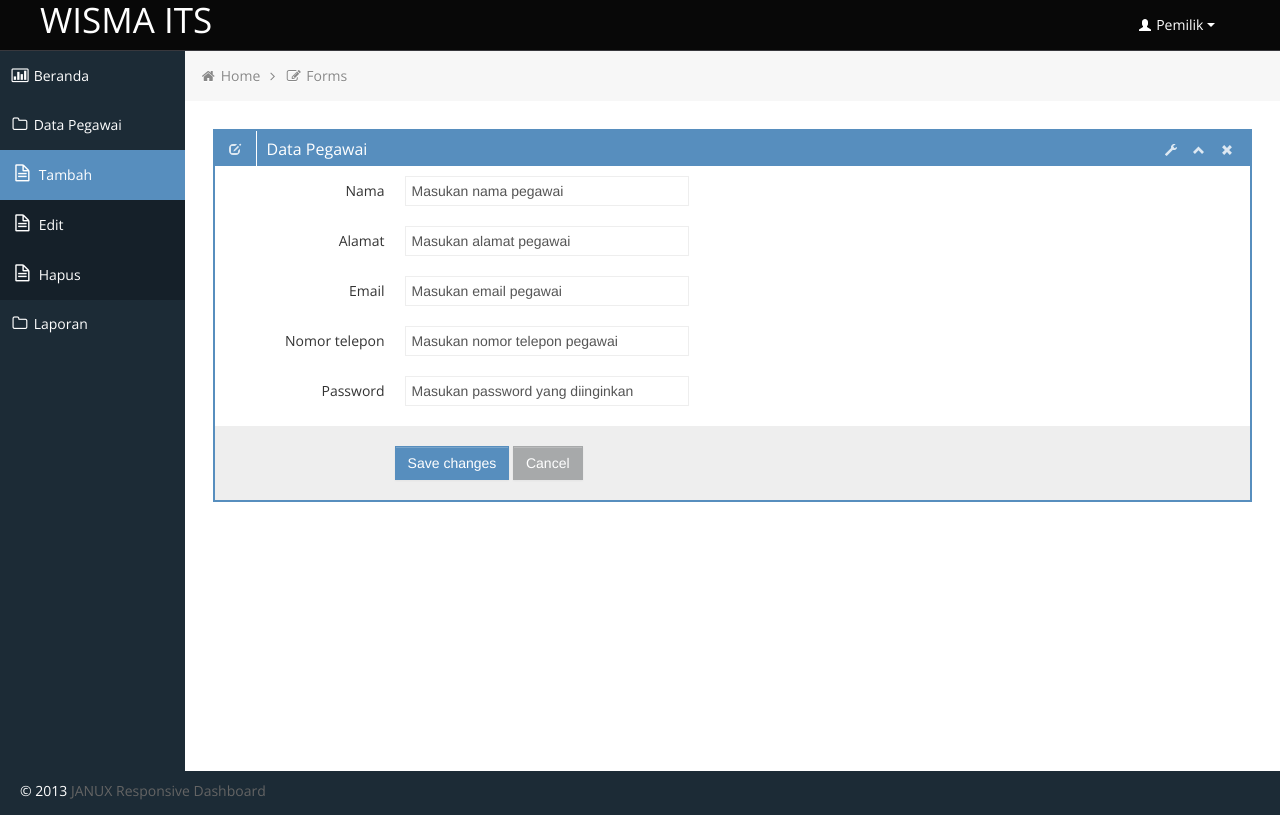
Repository: yohanadps/Wisma
Page: tambahpegawai.html
The author's editor kept a record of every edit. The page is drawn from the files as they stood at one moment, then again after the next edit.
The browser window is 1280 px wide. The pictures show the whole page.

Above is the page before.

### tambahpegawai.html
<!DOCTYPE html>
<html lang="en">
<head>

	<!-- start: Meta -->
	<meta charset="utf-8">
	<title>Bootstrap Metro Dashboard by Dennis Ji for ARM demo</title>
	<meta name="description" content="Bootstrap Metro Dashboard">
	<meta name="author" content="Dennis Ji">
	<meta name="keyword" content="Metro, Metro UI, Dashboard, Bootstrap, Admin, Template, Theme, Responsive, Fluid, Retina">
	<!-- end: Meta -->

	<!-- start: Mobile Specific -->
	<meta name="viewport" content="width=device-width, initial-scale=1">
	<!-- end: Mobile Specific -->

	<!-- start: CSS -->
	<link id="bootstrap-style" href="css/bootstrap.min.css" rel="stylesheet">
	<link href="css/bootstrap-responsive.min.css" rel="stylesheet">
	<link id="base-style" href="css/style.css" rel="stylesheet">
	<link id="base-style-responsive" href="css/style-responsive.css" rel="stylesheet">
	<link href='http://fonts.googleapis.com/css?family=Open+Sans:300italic,400italic,600italic,700italic,800italic,400,300,600,700,800&subset=latin,cyrillic-ext,latin-ext' rel='stylesheet' type='text/css'>
	<!-- end: CSS -->


	<!-- The HTML5 shim, for IE6-8 support of HTML5 elements -->
	<!--[if lt IE 9]>
	  	<script src="http://html5shim.googlecode.com/svn/trunk/html5.js"></script>
		<link id="ie-style" href="css/ie.css" rel="stylesheet">
	<![endif]-->

	<!--[if IE 9]>
		<link id="ie9style" href="css/ie9.css" rel="stylesheet">
	<![endif]-->

	<!-- start: Favicon -->
	<link rel="shortcut icon" href="img/favicon.ico">
	<!-- end: Favicon -->




</head>

<body>
		<!-- start: Header -->
	<div class="navbar">
		<div class="navbar-inner">
			<div class="container-fluid">
				<a class="btn btn-navbar" data-toggle="collapse" data-target=".top-nav.nav-collapse,.sidebar-nav.nav-collapse">
					<span class="icon-bar"></span>
					<span class="icon-bar"></span>
					<span class="icon-bar"></span>
				</a>
				<a class="brand" href="index.html"><span>WISMA ITS</span></a>

				<!-- start: Header Menu -->
				<div class="nav-no-collapse header-nav">
					<ul class="nav pull-right">
						<li class="dropdown">
							<a class="btn dropdown-toggle" data-toggle="dropdown" href="#">
								<i class="halflings-icon white user"></i> Pemilik
								<span class="caret"></span>
							</a>
							<ul class="dropdown-menu">
								<li class="dropdown-menu-title">
 									<span>Pengaturan Akun</span>
								</li>
								<li><a href="#"><i class="halflings-icon user"></i> Profil</a></li>
								<li><a href="login.html"><i class="halflings-icon off"></i> Keluar</a></li>
							</ul>
						</li>
						<!-- end: User Dropdown -->
					</ul>
				</div>
				<!-- end: Header Menu -->

			</div>
		</div>
	</div>
	<!-- start: Header -->

		<div class="container-fluid-full">
		<div class="row-fluid">

			<!-- start: Main Menu -->
			<div id="sidebar-left" class="span2">
				<div class="nav-collapse sidebar-nav">
					<ul class="nav nav-tabs nav-stacked main-menu">
						<li><a href="berandapemilik.html"><i class="icon-bar-chart"></i><span class="hidden-tablet"> Beranda</span></a></li>
						<li>
							<a class="dropmenu" href="#"><i class="icon-folder-close-alt"></i><span class="hidden-tablet"> Data Pegawai</span></a>
							<ul>
								<li><a class="submenu" href="tambahpegawai.html"><i class="icon-file-alt"></i><span class="hidden-tablet"> Tambah</span></a></li>
								<li><a class="submenu" href="editpegawai.html"><i class="icon-file-alt"></i><span class="hidden-tablet"> Edit</span></a></li>
								<li><a class="submenu" href="hapuspegawai.html"><i class="icon-file-alt"></i><span class="hidden-tablet"> Hapus</span></a></li>
							</ul>
						</li>
						<li>
							<a class="dropmenu" href="#"><i class="icon-folder-close-alt"></i><span class="hidden-tablet"> Laporan</span></a>
							<ul>
								<li><a class="submenu" href="pemasukan.html"><i class="icon-file-alt"></i><span class="hidden-tablet"> Pemasukan Wisma</span></a></li>
								<li><a class="submenu" href="kondisiproperti.html"><i class="icon-file-alt"></i><span class="hidden-tablet"> Kondisi Properti</span></a></li>
								<li><a class="submenu" href="daftarpenyewa.html"><i class="icon-file-alt"></i><span class="hidden-tablet"> Daftar Penyewa</span></a></li>
							</ul>
						</li>
					</ul>
				</div>
			</div>
			<!-- end: Main Menu -->

			<noscript>
				<div class="alert alert-block span10">
					<h4 class="alert-heading">Warning!</h4>
					<p>You need to have <a href="http://en.wikipedia.org/wiki/JavaScript" target="_blank">JavaScript</a> enabled to use this site.</p>
				</div>
			</noscript>

			<!-- start: Content -->
			<div id="content" class="span10">


			<ul class="breadcrumb">
				<li>
					<i class="icon-home"></i>
					<a href="index.html">Home</a>
					<i class="icon-angle-right"></i>
				</li>
				<li>
					<i class="icon-edit"></i>
					<a href="#">Forms</a>
				</li>
			</ul>

			<div class="row-fluid sortable">
				<div class="box span12">
					<div class="box-header" data-original-title>
						<h2><i class="halflings-icon white edit"></i><span class="break"></span>Data Pegawai</h2>
						<div class="box-icon">
							<a href="#" class="btn-setting"><i class="halflings-icon white wrench"></i></a>
							<a href="#" class="btn-minimize"><i class="halflings-icon white chevron-up"></i></a>
							<a href="#" class="btn-close"><i class="halflings-icon white remove"></i></a>
						</div>
					</div>
					<div class="box-content">
						<form class="form-horizontal">
							<fieldset>
							  <div class="control-group">
								<label class="control-label" for="focusedInput">Nama</label>
								<div class="controls">
								  <input class="input-xlarge focused" id="focusedInput" type="text" value="Masukan nama pegawai">
								</div>
							  </div>
							  <div class="control-group">
								<label class="control-label" for="focusedInput">Alamat</label>
								<div class="controls">
								  <input class="input-xlarge focused" id="focusedInput" type="text" value="Masukan alamat pegawai">
								</div>
							  </div>
							  <div class="control-group">
								<label class="control-label" for="focusedInput">Email</label>
								<div class="controls">
								  <input class="input-xlarge focused" id="focusedInput" type="email" value="Masukan email pegawai">
								</div>
							  </div>
							  <div class="control-group">
								<label class="control-label" for="focusedInput">Nomor telepon</label>
								<div class="controls">
								  <input class="input-xlarge focused" id="focusedInput" type="text" value="Masukan nomor telepon pegawai">
								</div>
							  </div>
							  <div class="control-group">
								<label class="control-label" for="focusedInput">Password</label>
								<div class="controls">
								  <input class="input-xlarge focused" id="focusedInput" type="text" value="Masukan password yang diinginkan">
								</div>
							  </div>
							  <div class="form-actions">
								<button type="submit" class="btn btn-primary">Save changes</button>
								<button class="btn">Cancel</button>
							  </div>
							</fieldset>
						  </form>

					</div>
				</div><!--/span-->

			</div><!--/row-->

	</div><!--/.fluid-container-->

			<!-- end: Content -->
		</div><!--/#content.span10-->
		</div><!--/fluid-row-->

	<div class="modal hide fade" id="myModal">
		<div class="modal-header">
			<button type="button" class="close" data-dismiss="modal">×</button>
			<h3>Settings</h3>
		</div>
		<div class="modal-body">
			<p>Here settings can be configured...</p>
		</div>
		<div class="modal-footer">
			<a href="#" class="btn" data-dismiss="modal">Close</a>
			<a href="#" class="btn btn-primary">Save changes</a>
		</div>
	</div>

	<div class="clearfix"></div>

	<footer>

		<p>
			<span style="text-align:left;float:left">&copy; 2013 <a href="http://themifycloud.com/downloads/janux-free-responsive-admin-dashboard-template/" alt="Bootstrap_Metro_Dashboard">JANUX Responsive Dashboard</a></span>

		</p>

	</footer>

	<!-- start: JavaScript-->

		<script src="js/jquery-1.9.1.min.js"></script>
	<script src="js/jquery-migrate-1.0.0.min.js"></script>

		<script src="js/jquery-ui-1.10.0.custom.min.js"></script>

		<script src="js/jquery.ui.touch-punch.js"></script>

		<script src="js/modernizr.js"></script>

		<script src="js/bootstrap.min.js"></script>

		<script src="js/jquery.cookie.js"></script>

		<script src='js/fullcalendar.min.js'></script>

		<script src='js/jquery.dataTables.min.js'></script>

		<script src="js/excanvas.js"></script>
	<script src="js/jquery.flot.js"></script>
	<script src="js/jquery.flot.pie.js"></script>
	<script src="js/jquery.flot.stack.js"></script>
	<script src="js/jquery.flot.resize.min.js"></script>

		<script src="js/jquery.chosen.min.js"></script>

		<script src="js/jquery.uniform.min.js"></script>

		<script src="js/jquery.cleditor.min.js"></script>

		<script src="js/jquery.noty.js"></script>

		<script src="js/jquery.elfinder.min.js"></script>

		<script src="js/jquery.raty.min.js"></script>

		<script src="js/jquery.iphone.toggle.js"></script>

		<script src="js/jquery.uploadify-3.1.min.js"></script>

		<script src="js/jquery.gritter.min.js"></script>

		<script src="js/jquery.imagesloaded.js"></script>

		<script src="js/jquery.masonry.min.js"></script>

		<script src="js/jquery.knob.modified.js"></script>

		<script src="js/jquery.sparkline.min.js"></script>

		<script src="js/counter.js"></script>

		<script src="js/retina.js"></script>

		<script src="js/custom.js"></script>
	<!-- end: JavaScript-->

</body>
</html>

### css/noty_theme_default.css

/* CORE STYLES*/

	/* noty bar */
	.noty_bar.noty_theme_default {
		background: url('data:[embedded picture, 478 characters]') repeat-x scroll left top #fff;
	}

	/* if you use noty with customContainer you can access noty with this way
	*	 .noty_custom_container noty will add automaticly this class to your customContainer
	*	 .noty_theme_default 		your theme
	*	 .noty_layout_inline		your layout
	*/

	/* custom container */
	.noty_custom_container.noty_theme_default.noty_layout_inline {
		position: relative;
	}

	/* custom growl container */
	.noty_custom_container.noty_theme_default.noty_layout_inline .noty_cont.noty_layout_inline {
		position: static;
	}
		/* custom noty bar */
		.noty_custom_container.noty_theme_default.noty_layout_inline .noty_bar {
			border-width: 1px;
			border-style: solid;
			position: static;
			-webkit-border-radius: 4px;
			-moz-border-radius: 4px;
			border-radius: 4px;
			box-shadow: 0 2px 4px rgba(0, 0, 0, 0.2);
		}
			.noty_custom_container.noty_theme_default.noty_layout_inline .noty_bar .noty_message {
				font-size: 13px;
				padding: 4px;
			}
				.noty_custom_container.noty_theme_default.noty_layout_inline .noty_bar .noty_message .noty_buttons {
					margin-top: -1px;
				}

	/* noty_message */
	.noty_bar.noty_theme_default .noty_message {
		padding: 8px 14px;
		font-size: 16px;
		font-weight: bold;
		width: auto;
	}
	.noty_bar.noty_theme_default.noty_closable .noty_message {
		padding: 8px 34px 8px 14px;
	}

	/* noty_buttons */
	.noty_bar.noty_theme_default .noty_message .noty_buttons {
		float: right;
		font-size: 13px;
		margin-top: -4px;
		margin-left: 4px;
	}

	/* noty_button */
	.noty_bar.noty_theme_default .noty_message .noty_buttons button {
		margin-left: 5px;
	}

	/* noty close button */
	.noty_bar.noty_theme_default .noty_close {
		position: absolute;
		top: 10px;
		right: 10px;
		background-image: url('data:[embedded picture, 454 characters]');
		width: 20px;
		height: 20px;
	}

	/* noty modal */
	.noty_modal.noty_theme_default {
		opacity: 0.7;
	}

/* LAYOUTS */

	/* noty_layout_top */
	.noty_bar.noty_theme_default.noty_layout_top {
		border-bottom: 3px solid #eee;
	}

	/* noty_layout_bottom */
	.noty_bar.noty_theme_default.noty_layout_bottom {
		border-top: 3px solid #eee;
	}

	.noty_bar.noty_theme_default.noty_layout_center .noty_close {
		top: 8px;
	}

	.noty_bar.noty_theme_default.noty_layout_center .noty_message .noty_buttons {
		margin-top: -2px
	}

	/* noty_layout_topLeft & noty_layout_topRight */
	.noty_bar.noty_theme_default.noty_layout_center,
	.noty_bar.noty_theme_default.noty_layout_topLeft,
	.noty_bar.noty_theme_default.noty_layout_topRight,
	.noty_bar.noty_theme_default.noty_layout_bottomLeft,
	.noty_bar.noty_theme_default.noty_layout_bottomRight {
		border: 1px solid #eee;
		-webkit-border-radius: 5px;
		-moz-border-radius: 5px;
		border-radius: 5px;
		box-shadow: 0 2px 4px rgba(0, 0, 0, 0.2);
	}
	.noty_bar.noty_theme_default.noty_layout_center .noty_message,
	.noty_bar.noty_theme_default.noty_layout_topLeft .noty_message,
	.noty_bar.noty_theme_default.noty_layout_topRight .noty_message,
	.noty_bar.noty_theme_default.noty_layout_bottomLeft .noty_message,
	.noty_bar.noty_theme_default.noty_layout_bottomRight .noty_message {
		font-size: 13px;
		font-weight: normal;
	}
	.noty_bar.noty_theme_default.noty_layout_topLeft .noty_message .noty_buttons,
	.noty_bar.noty_theme_default.noty_layout_topRight .noty_message .noty_buttons,
	.noty_bar.noty_theme_default.noty_layout_bottomLeft .noty_message .noty_buttons,
	.noty_bar.noty_theme_default.noty_layout_bottomRight .noty_message .noty_buttons {
		float: none;
		border-top: 1px solid #ccc;
	  margin-left: 0;
	  margin-top: 10px;
	  padding-top: 10px;
	  text-align: right;
	}

	/* noty_layout_topCenter */
	.noty_bar.noty_theme_default.noty_layout_topCenter {
		-webkit-border-radius: 4px;
		-moz-border-radius: 4px;
		border-radius: 4px;
		box-shadow: 0 2px 4px rgba(0, 0, 0, 0.2);
	}
	.noty_bar.noty_theme_default.noty_layout_topCenter .noty_message {
		font-weight: normal;
		font-size: 13px;
	}
	.noty_bar.noty_theme_default.noty_layout_topCenter .noty_close {
		top: 50%;
		margin-top: -10px;
		-webkit-border-radius: 10px;
		-moz-border-radius: 10px;
		border-radius: 10px;
	}
	.noty_bar.noty_theme_default.noty_layout_topCenter.noty_success {
		border: 1px solid #50C24E;
	}
	.noty_bar.noty_theme_default.noty_layout_topCenter .noty_message .noty_buttons {
		margin-left: 15px;
		margin-top: 0px
	}

/* NOTIFICATION TYPES */

	/* noty_notification */
	.noty_bar.noty_theme_default.noty_notification {
		background-color: #fff;
		border-color: #ccc;
    color: #555;
	}
	.noty_bar.noty_theme_default.noty_notification.noty_layout_topLeft .noty_message .noty_buttons,
	.noty_bar.noty_theme_default.noty_notification.noty_layout_topRight .noty_message .noty_buttons,
	.noty_bar.noty_theme_default.noty_notification.noty_layout_bottomLeft .noty_message .noty_buttons,
	.noty_bar.noty_theme_default.noty_notification.noty_layout_bottomRight .noty_message .noty_buttons {
    border-color: #ccc;
  }

	/* noty_warning */
	.noty_bar.noty_theme_default.noty_warning {
		background-color: #FFEAA8;
		border-color: #FFC237;
    color: #826200;
	}
	.noty_bar.noty_theme_default.noty_warning.noty_layout_topLeft .noty_message .noty_buttons,
	.noty_bar.noty_theme_default.noty_warning.noty_layout_topRight .noty_message .noty_buttons,
	.noty_bar.noty_theme_default.noty_warning.noty_layout_bottomLeft .noty_message .noty_buttons,
	.noty_bar.noty_theme_default.noty_warning.noty_layout_bottomRight .noty_message .noty_buttons {
    border-color: #FFC237;
  }

  /* noty_alert */
	.noty_bar.noty_theme_default.noty_alert {
		background-color: #fff;
		border-color: #ccc;
	}
	.noty_bar.noty_theme_default.noty_alert.noty_layout_topLeft .noty_message .noty_buttons,
	.noty_bar.noty_theme_default.noty_alert.noty_layout_topRight .noty_message .noty_buttons,
	.noty_bar.noty_theme_default.noty_alert.noty_layout_bottomLeft .noty_message .noty_buttons,
	.noty_bar.noty_theme_default.noty_alert.noty_layout_bottomRight .noty_message .noty_buttons {
    border-color: #ccc;
  }

	/* noty_error */
	.noty_bar.noty_theme_default.noty_error {
		background-color: red;
		color: #fff;
		border-color: darkred;
	}
	.noty_bar.noty_theme_default.noty_error .noty_message {
		font-weight: bold;
	}
	.noty_bar.noty_theme_default.noty_error.noty_layout_topLeft .noty_message .noty_buttons,
	.noty_bar.noty_theme_default.noty_error.noty_layout_topRight .noty_message .noty_buttons,
	.noty_bar.noty_theme_default.noty_error.noty_layout_bottomLeft .noty_message .noty_buttons,
	.noty_bar.noty_theme_default.noty_error.noty_layout_bottomRight .noty_message .noty_buttons {
    border-color: darkred;
  }

	/* noty_success */
	.noty_bar.noty_theme_default.noty_success {
		background-color: lightgreen;
		color: darkgreen;
		border-color: #50C24E;
	}
	.noty_bar.noty_theme_default.noty_success.noty_layout_topLeft .noty_message .noty_buttons,
	.noty_bar.noty_theme_default.noty_success.noty_layout_topRight .noty_message .noty_buttons,
	.noty_bar.noty_theme_default.noty_success.noty_layout_bottomLeft .noty_message .noty_buttons,
	.noty_bar.noty_theme_default.noty_success.noty_layout_bottomRight .noty_message .noty_buttons {
    border-color: #50C24E;
  }

	/* noty_information */
	.noty_bar.noty_theme_default.noty_information {
		background-color: #57B7E2;
		border-color: #0B90C4;
		color: #fff;
	}
	.noty_bar.noty_theme_default.noty_information.noty_layout_topLeft .noty_message .noty_buttons,
	.noty_bar.noty_theme_default.noty_information.noty_layout_topRight .noty_message .noty_buttons,
	.noty_bar.noty_theme_default.noty_information.noty_layout_bottomLeft .noty_message .noty_buttons,
	.noty_bar.noty_theme_default.noty_information.noty_layout_bottomRight .noty_message .noty_buttons {
    border-color: #0B90C4;
  }

### css/elfinder.theme.css
/**
 * MacOS X like theme for elFinder.
 * Required jquery ui "smoothness" theme.
 *
 * @author Dmitry (dio) Levashov
 **/

/* dialogs */
.std42-dialog, .std42-dialog .ui-widget-content { background-color:#ededed; background-image:none; background-clip: content-box; }

/* navbar */
.elfinder .elfinder-navbar { background:#dde4eb; }
.elfinder-navbar .ui-state-hover  { background:transparent; border-color:transparent; }
.elfinder-navbar .ui-state-active { background: #3875d7;    border-color:#3875d7; color:#fff; }
/* disabled elfinder */
.elfinder-disabled .elfinder-navbar .ui-state-active { background: #dadada; border-color:#aaa; color:#fff; }


/* current directory */
/* selected file in "icons" view */
.elfinder-cwd-view-icons .elfinder-cwd-file .ui-state-hover { background:#ccc; }
/* list view*/
.elfinder-cwd table tr:nth-child(odd) { background-color:#edf3fe; }
.elfinder-cwd table tr { border-top:1px solid #fff; }

/* common selected background/color */
.elfinder-cwd-view-icons .elfinder-cwd-file .elfinder-cwd-filename.ui-state-hover,
.elfinder-cwd table td.ui-state-hover,
.elfinder-button-menu .ui-state-hover { background: #3875d7; color:#fff;}
/* disabled elfinder */
.elfinder-disabled .elfinder-cwd-view-icons .elfinder-cwd-file .elfinder-cwd-filename.ui-state-hover,
.elfinder-disabled .elfinder-cwd table td.ui-state-hover { background:#dadada;}

/* statusbar */
.elfinder .elfinder-statusbar { color:#555; }
.elfinder .elfinder-statusbar a { text-decoration:none; color:#555;}


.std42-dialog .elfinder-help, .std42-dialog .elfinder-help .ui-widget-content { background:#fff;}

/* contextmenu */
.elfinder-contextmenu .ui-state-hover { background: #3875d7; color:#fff; }
.elfinder-contextmenu .ui-state-hover .elfinder-contextmenu-arrow { background-image:url('../img/arrows-active.png'); }

### css/uploadify.css
/*
Uploadify
Copyright (c) 2012 Reactive Apps, Ronnie Garcia
Released under the MIT License <http://www.opensource.org/licenses/mit-license.php>
*/

.uploadify {
	position: relative;
	margin-bottom: 1em;
}
.uploadify-button {
	background-color: #505050;
	background-image: linear-gradient(bottom, #505050 0%, #707070 100%);
	background-image: -o-linear-gradient(bottom, #505050 0%, #707070 100%);
	background-image: -moz-linear-gradient(bottom, #505050 0%, #707070 100%);
	background-image: -webkit-linear-gradient(bottom, #505050 0%, #707070 100%);
	background-image: -ms-linear-gradient(bottom, #505050 0%, #707070 100%);
	background-image: -webkit-gradient(
		linear,
		left bottom,
		left top,
		color-stop(0, #505050),
		color-stop(1, #707070)
	);
	background-position: center top;
	background-repeat: no-repeat;
	-webkit-border-radius: 30px;
	-moz-border-radius: 30px;
	border-radius: 30px;
	border: 2px solid #808080;
	color: #FFF;
	font: bold 12px Arial, Helvetica, sans-serif;
	text-align: center;
	text-shadow: 0 -1px 0 rgba(0,0,0,0.25);
	width: 100%;
}
.uploadify:hover .uploadify-button {
	background-color: #606060;
	background-image: linear-gradient(top, #606060 0%, #808080 100%);
	background-image: -o-linear-gradient(top, #606060 0%, #808080 100%);
	background-image: -moz-linear-gradient(top, #606060 0%, #808080 100%);
	background-image: -webkit-linear-gradient(top, #606060 0%, #808080 100%);
	background-image: -ms-linear-gradient(top, #606060 0%, #808080 100%);
	background-image: -webkit-gradient(
		linear,
		left bottom,
		left top,
		color-stop(0, #606060),
		color-stop(1, #808080)
	);
	background-position: center bottom;
}
.uploadify-button.disabled {
	background-color: #D0D0D0;
	color: #808080;
}
.uploadify-queue {
	margin-bottom: 1em;
}
.uploadify-queue-item {
	background-color: #F5F5F5;
	-webkit-border-radius: 3px;
	-moz-border-radius: 3px;
	border-radius: 3px;
	font: 11px Verdana, Geneva, sans-serif;
	margin-top: 5px;
	max-width: 350px;
	padding: 10px;
}
.uploadify-error {
	background-color: #FDE5DD !important;
}
.uploadify-queue-item .cancel a {
	background: url('../img/uploadify-cancel.png') 0 0 no-repeat;
	float: right;
	height:	16px;
	text-indent: -9999px;
	width: 16px;
}
.uploadify-queue-item.completed {
	background-color: #E5E5E5;
}
.uploadify-progress {
	background-color: #E5E5E5;
	margin-top: 10px;
	width: 100%;
}
.uploadify-progress-bar {
	background-color: #0099FF;
	height: 3px;
	width: 1px;
}

Loaded but not shown: css/bootstrap.min.css (library); css/bootstrap-responsive.min.css (library); js/jquery-1.9.1.min.js (library); js/jquery-migrate-1.0.0.min.js (library); js/jquery-ui-1.10.0.custom.min.js (library); js/jquery.ui.touch-punch.js (library); js/modernizr.js (library); js/bootstrap.min.js (library); js/jquery.cookie.js (common file); js/fullcalendar.min.js (library); js/jquery.dataTables.min.js (library); js/jquery.flot.js (library); js/jquery.flot.pie.js (library); js/jquery.flot.stack.js (library); js/jquery.flot.resize.min.js (common file); js/jquery.chosen.min.js (library); js/jquery.uniform.min.js (library); js/jquery.cleditor.min.js (library); js/jquery.noty.js (library); js/jquery.elfinder.min.js (library); js/jquery.raty.min.js (library); js/jquery.iphone.toggle.js (library); js/jquery.uploadify-3.1.min.js (library); js/jquery.gritter.min.js (library); js/jquery.imagesloaded.js (library); js/jquery.masonry.min.js (library); js/jquery.knob.modified.js (library); js/jquery.sparkline.min.js (library); css/jquery-ui-1.8.21.custom.css (library); css/jquery.cleditor.css (common file); css/jquery.noty.css (common file); css/elfinder.min.css (library); css/jquery.iphone.toggle.css (library); css/jquery.gritter.css (common file); css/font-awesome.min.css (library); css/font-awesome-ie7.min.css (library); js/custom.js (2283 lines, source omitted); js/excanvas.js (1427 lines, source omitted); js/counter.js (46 lines, source omitted); js/retina.js (3 lines, source omitted); css/style.css (3007 lines, source omitted); css/glyphicons.css (2577 lines, source omitted); css/halflings.css (1023 lines, source omitted); css/style-forms.css (923 lines, source omitted); css/chosen.css (398 lines, source omitted); css/fullcalendar.css (625 lines, source omitted); css/uniform.default.css (609 lines, source omitted); css/style-responsive.css (534 lines, source omitted)

After the next edit:
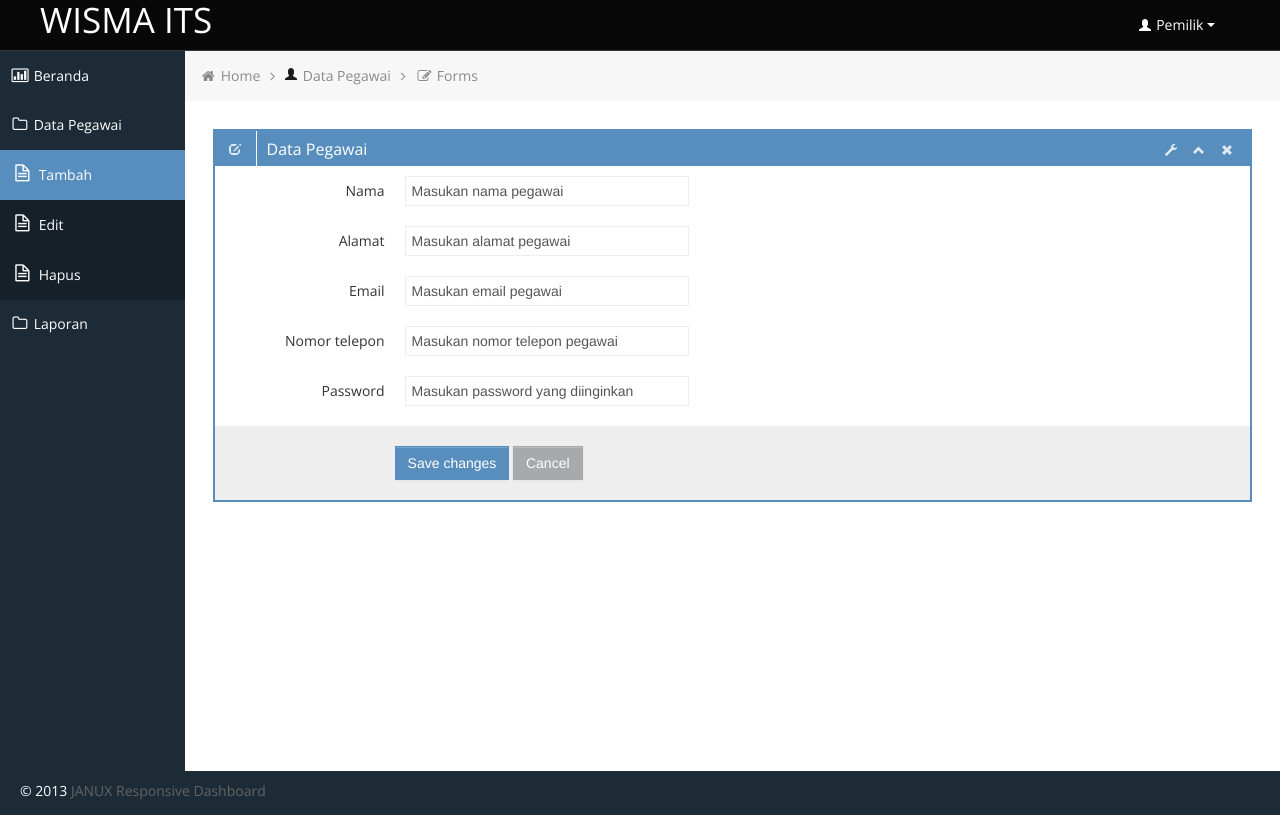
The edit:
--- a/tambahpegawai.html
+++ b/tambahpegawai.html
@@ -127,6 +127,11 @@
 					<i class="icon-angle-right"></i>
 				</li>
 				<li>
+					<i class="halflings-icon user"></i>
+					<a href="#">Data Pegawai</a>
+					<i class="icon-angle-right"></i>
+				</li>
+				<li>
 					<i class="icon-edit"></i>
 					<a href="#">Forms</a>
 				</li>
